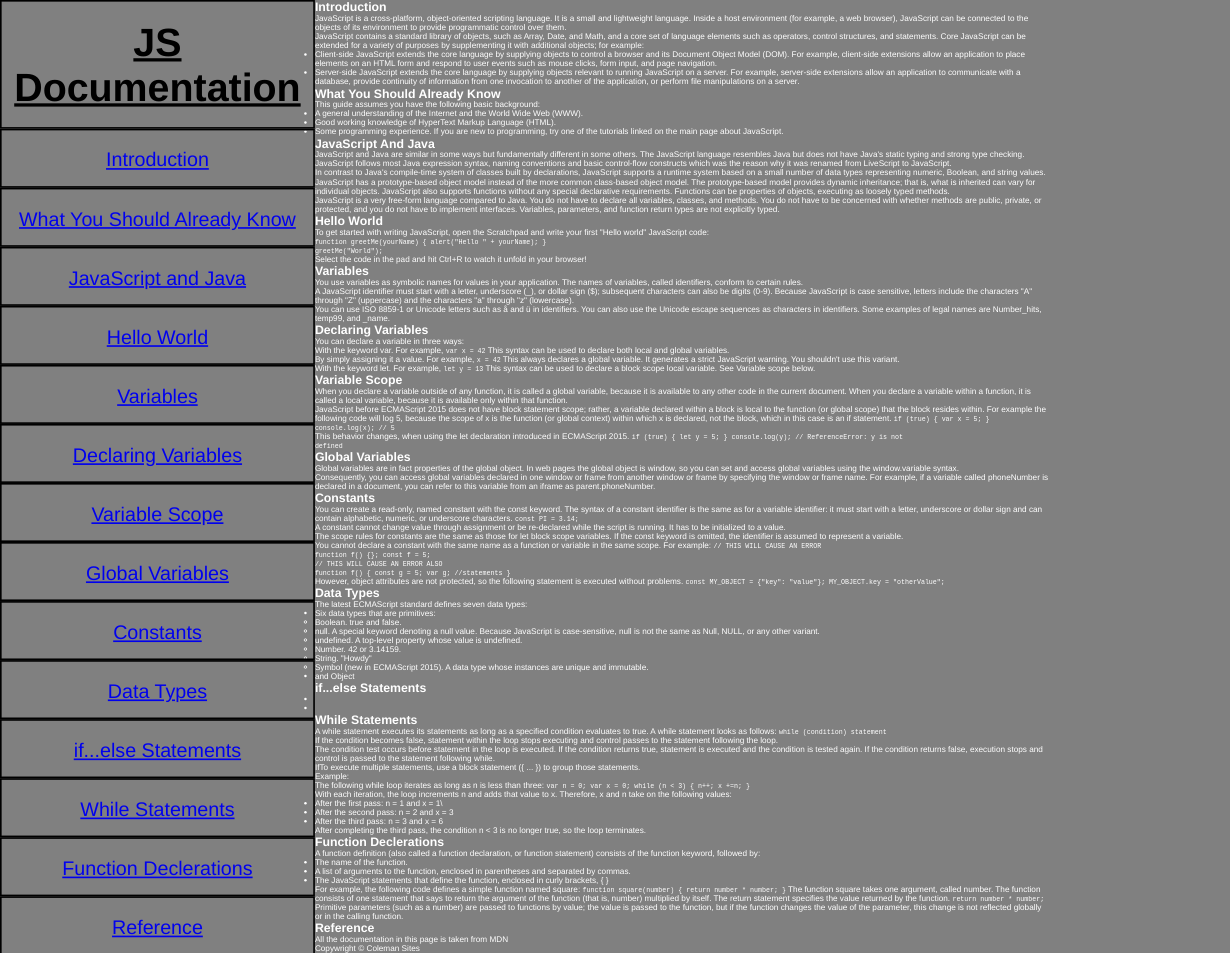
Repository: ctcoleman/technicalDocumentationPage
Page: index.html
These files come from the project's save history. The page is drawn as it stood at one moment and after the next save; the edit follows.
The browser window is 1280 px wide. The page is 1280 px wide, then 1500 px, then 1280 px, so the pictures cover 1500 px, including what lies to the right of the window. The pictures show the whole page, at 82% of full size.

Above is the page before, as saved 2020-07-10 19:57:25.

After the next save:
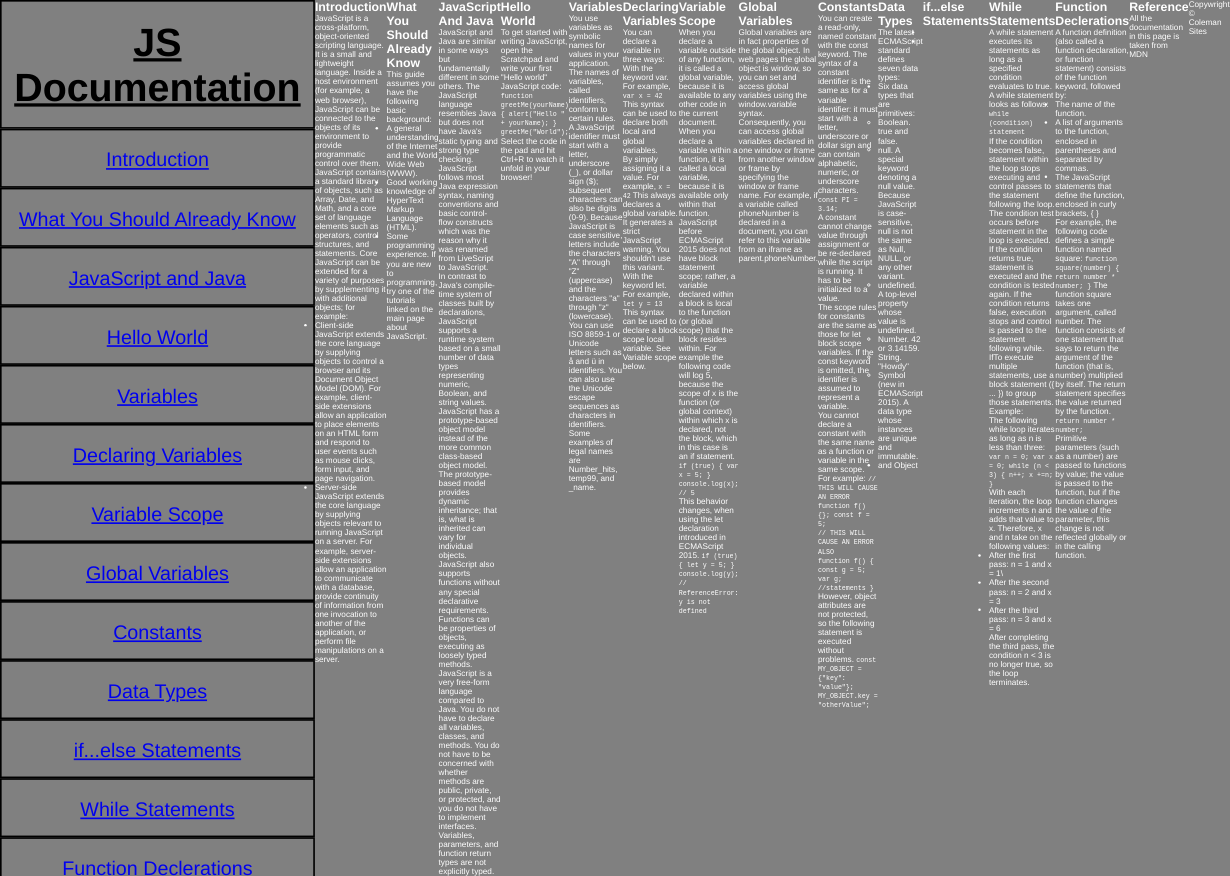
Saved 7 s later.
--- a/assets/stylesheets/style.css
+++ b/assets/stylesheets/style.css
@@ -65,4 +65,7 @@
 
 /** Main Content Styling **/
 
-#main-doc
+#main-doc {
+  display: flex;
+
+}

After the 2 saves that followed:
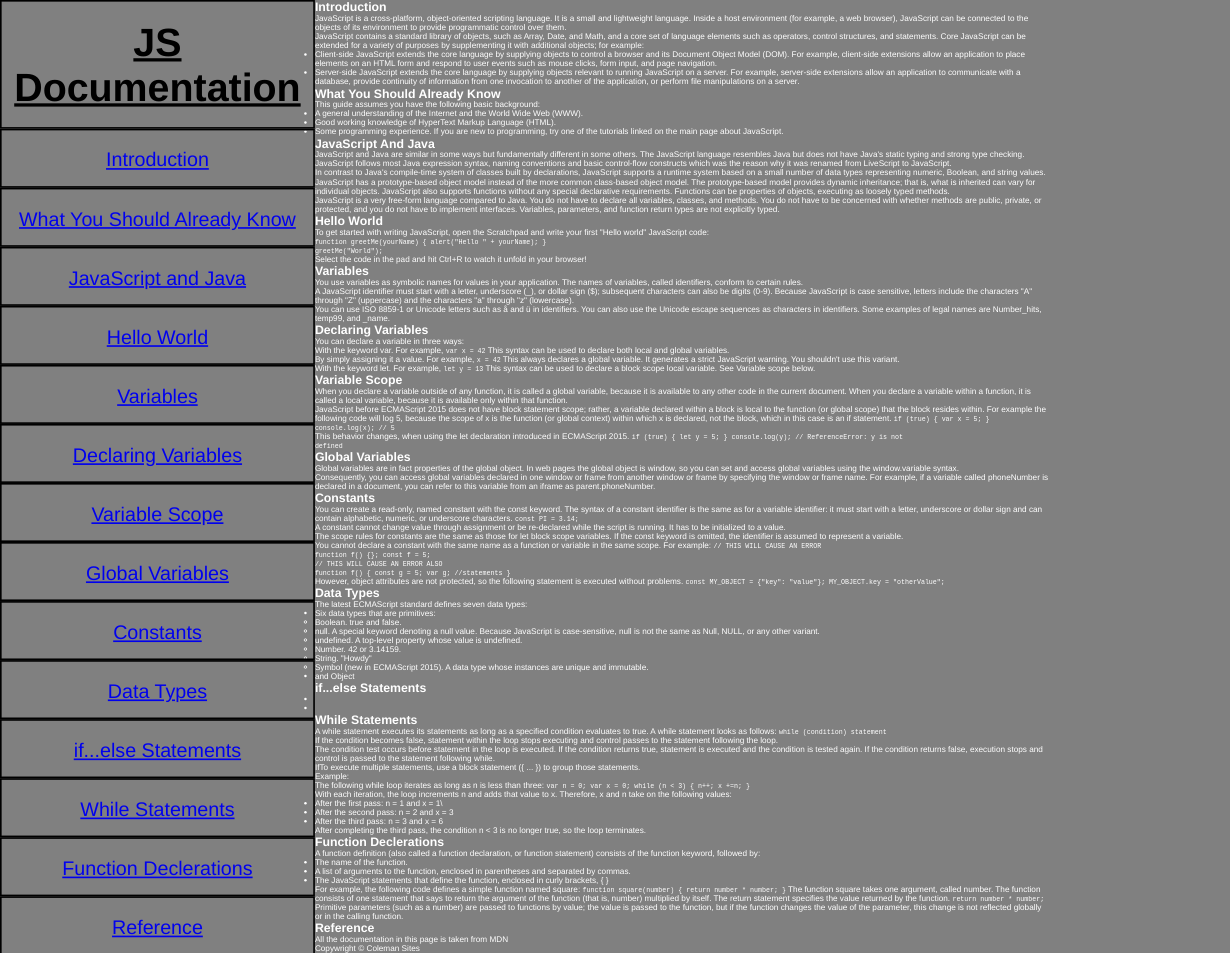
The 2 saves are shown as one change because they came seconds apart.
The last was saved 11 s later.
--- a/assets/stylesheets/style.css
+++ b/assets/stylesheets/style.css
@@ -67,5 +67,5 @@
 
 #main-doc {
   display: flex;
-
+  flex-direction: column;
 }
